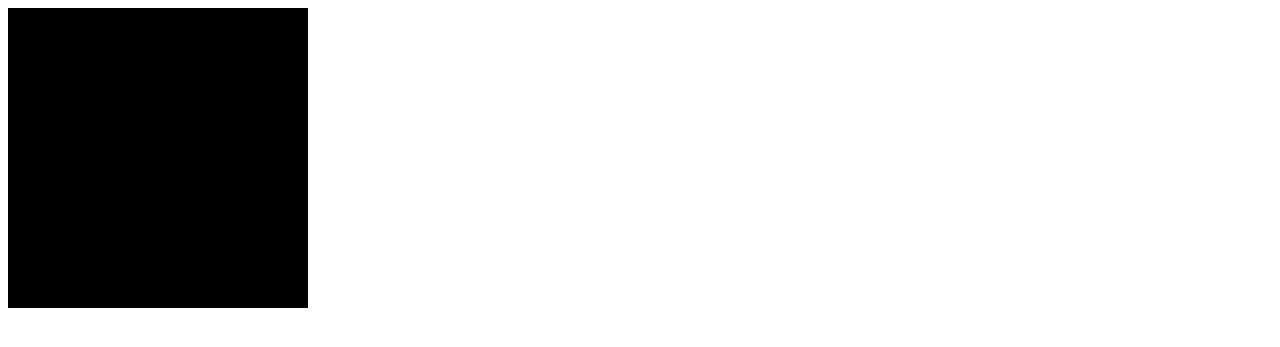
Repository: zhengdeya/web-based
Page: 24-背景颜色半透明.html
An editor plug-in stored every save of this project. The page is shown before and after the next save, followed by the edit.
The browser window is 1280 px wide. The pictures show the whole page.

Above is the page before, as saved 2021-03-30 10:53:05.

After the next save:
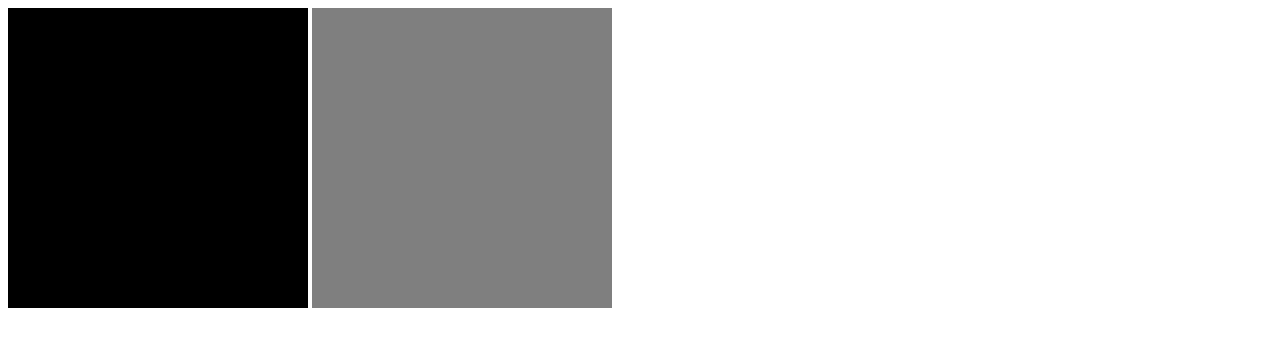
Saved 69 s later.
--- a/24-背景颜色半透明.html
+++ b/24-背景颜色半透明.html
@@ -18,7 +18,9 @@
         }
 
         /* 背景颜色半透明/ */
-        .bantouming {}
+        .bantouming {
+            background: rgba(0, 0, 0, 0.5);
+        }
     </style>
 </head>
 

After the save that followed:
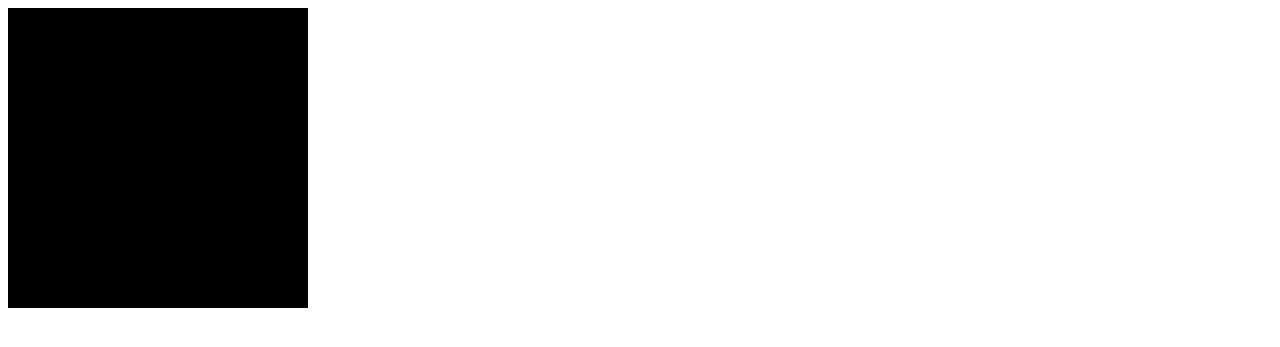
Saved 69 s later.
--- a/24-背景颜色半透明.html
+++ b/24-背景颜色半透明.html
@@ -19,7 +19,7 @@
 
         /* 背景颜色半透明/ */
         .bantouming {
-            background: rgba(0, 0, 0, 0.5);
+            最后一个参数是alpha 透明度，取值在 0~1 之间 background: rgba(0, 0, 0, 0.5);
         }
     </style>
 </head>
